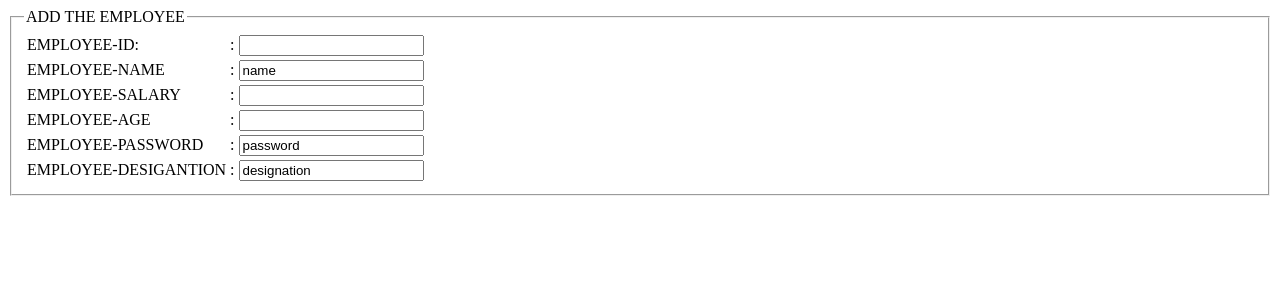
Repository: 81akshucaptain/TY_CG_HTD_BangloreNovember_JFS_AkahaykumarAgasanalli
Page: Akshay-BACK end codes/Servlet/mywebapp/src/main/webapp/addEmp.html
These files come from the project's save history. The page is drawn as it stood at one moment and after the next save; the edit follows.
The browser window is 1280 px wide. The pictures show the whole page.

Above is the page before, as saved 2019-12-17 10:21:05.

After the next save:
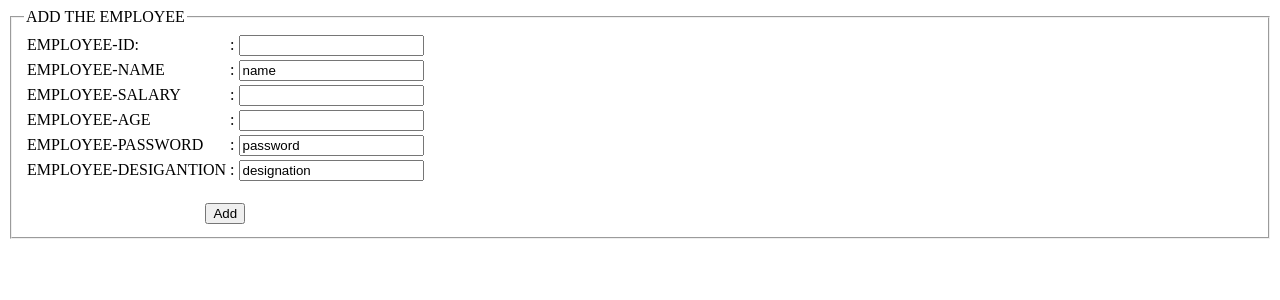
Saved 3 min 22 s later.
--- a/Akshay-BACK end codes/Servlet/mywebapp/src/main/webapp/addEmp.html
+++ b/Akshay-BACK end codes/Servlet/mywebapp/src/main/webapp/addEmp.html
@@ -44,6 +44,10 @@
 					<td>:</td>
 					<td><input type="text" value="designation"></td>
 				</tr>
+				<tr>
+					<td colspan="3" align="center"><br> <input type="submit"
+						value="Add"></td>
+				</tr>
 			</table>
 		</form>
 	</fieldset>
